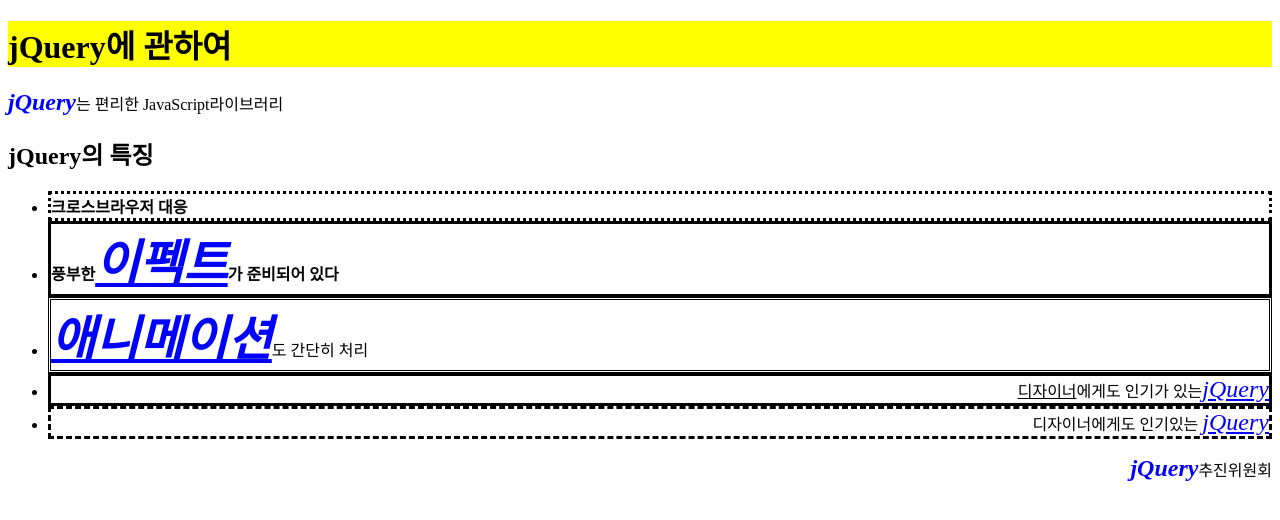
Repository: bluegony/spring_study
Page: jquerytest/src/main/webapp/jquery1.html
An editor plug-in stored every save of this project. The page is shown before and after the next save, followed by the edit.
The browser window is 1280 px wide. The pictures show the whole page.
Some web libraries are served in a nearby version.

Above is the page before, as saved 2013-09-04 05:27:07.

### jquerytest/src/main/webapp/jquery1.html


<!--
<!DOCTYPE HTML PUBLIC "-//W3C//DTD HTML 4.01 Transitional//EN"
"http://www.w3.org/TR/html4/loose.dtd">
<html><head>
<meta http-equiv="Content-Script-Type" content="text/javascript">
<meta http-equiv="Content-type" content="text/html; charset=UTF-8">
 -->

<!DOCTYPE html>
<html>
<head>
<meta charset="UTF-8">

<title>jQuery test</title>
<script type="text/javascript"
	src="http://code.jquery.com/jquery-1.6.4.min.js"></script>
<script type="text/javascript">
<!--
	$(function() { // 문서가 load된 후에 실행됨
		//alert("jquery!");

		// 요소 셀렉터
		$("h1").css("background-color", "green");
		$("h1").css("backgroundColor", "yellow");

		// 그룹핑 셀렉터
		$("strong, em").css({
			"font-size" : "150%",
			"font-style" : "italic",
			"color" : "blue"
		});

		// ID셀렉터
		$("div#footer").css("text-align", "right");

		// 클래스 셀렉터
		$("li.myClass").css("font-weight", "bold");

		// 자손셀렉터
		$("ul#list strong").css("font-size", "300%");

		// 유니버설 셀렉터
		$("li *").css("text-decoration", "underline");

		// odd필터
		$("li:odd").css("border", "solid");
		// even필터
		$("li:even").css("border", "double");

		// first필터
		$("li:first").css("border", "dotted");
		// last필터
		$("li:last").css("border", "dashed");

		//contains필터
		$("li:contains('jQuery')").css("text-align", "right");
	});
//-->
</script>
</head>

<body bgcolor="#FFFFFF">

	<div id="header">
		<h1>jQuery에 관하여</h1>
		<p id="description">
			<strong>jQuery</strong>는 편리한 JavaScript라이브러리
		</p>
	</div>

	<div id="contents">
		<h2>jQuery의 특징</h2>
		<ul id="list">
			<li class="myClass">크로스브라우저 대응</li>
			<li class="myClass">풍부한<strong>이펙트</strong>가 준비되어 있다
			</li>
			<li><strong>애니메이션</strong>도 간단히 처리</li>
			<li><span id="mySpan">디자이너</span>에게도 인기가 있는<em>jQuery</em></li>
			<li>디자이너에게도 인기있는 <em>jQuery</em></li>
		</ul>
	</div>

	<div id="footer">
		<p class="myClass">
			<strong>jQuery</strong>추진위원회
		</p>
	</div>

</body>
</html>

After the next save:
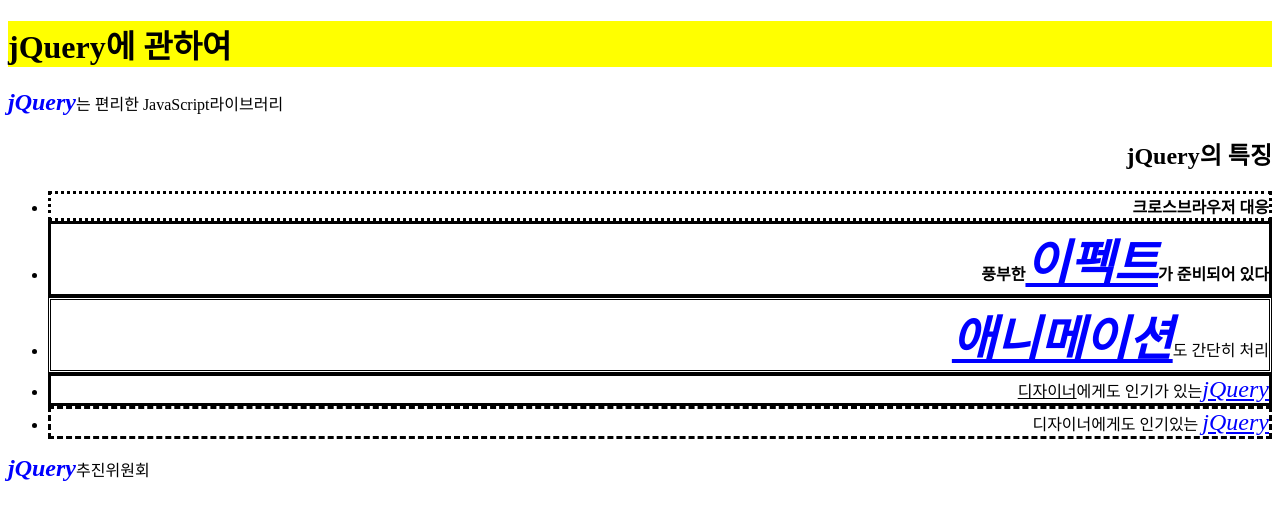
Saved 3 min 0 s later.
--- a/jquerytest/src/main/webapp/jquery1.html
+++ b/jquerytest/src/main/webapp/jquery1.html
@@ -70,7 +70,7 @@
 		</p>
 	</div>
 
-	<div id="contents">
+	<div id="footer">
 		<h2>jQuery의 특징</h2>
 		<ul id="list">
 			<li class="myClass">크로스브라우저 대응</li>
@@ -82,7 +82,7 @@
 		</ul>
 	</div>
 
-	<div id="footer">
+	<div id="footers">
 		<p class="myClass">
 			<strong>jQuery</strong>추진위원회
 		</p>
